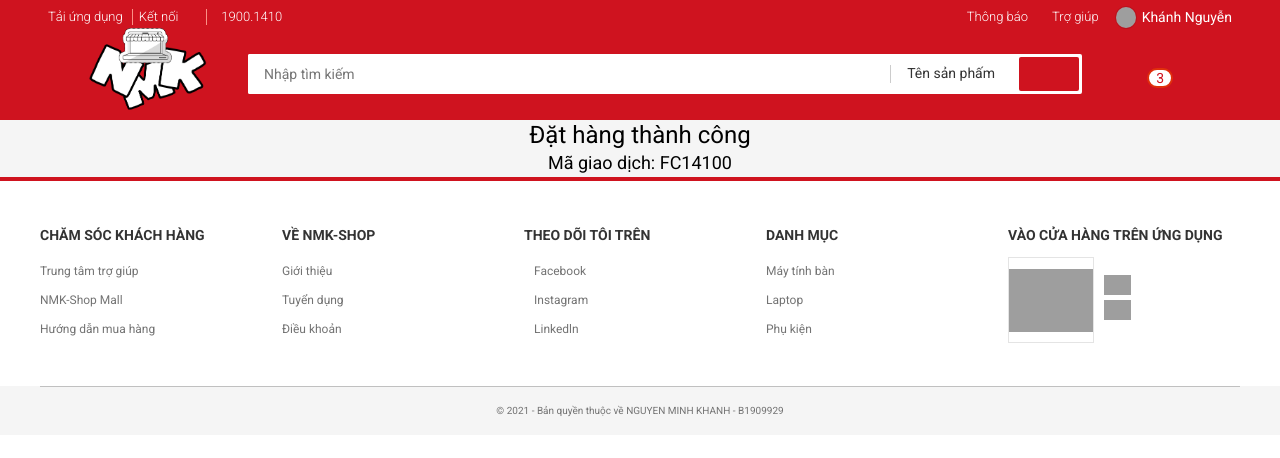
Repository: NguyenMinhKhanhB1909929/NMK-Shop
Page: orderedSuccess.html
These files come from the project's save history. The page is drawn as it stood at one moment and after the next save; the edit follows.
The browser window is 1280 px wide. The pictures show the whole page.
Pictures or frames that could not be fetched are drawn as grey boxes. Some icons come from a web library that is not loaded, so they are not drawn.

Above is the page before, as saved 2021-12-04 15:51:18.
Console error: TypeError: Cannot set properties of null (setting 'onclick')

After the next save:
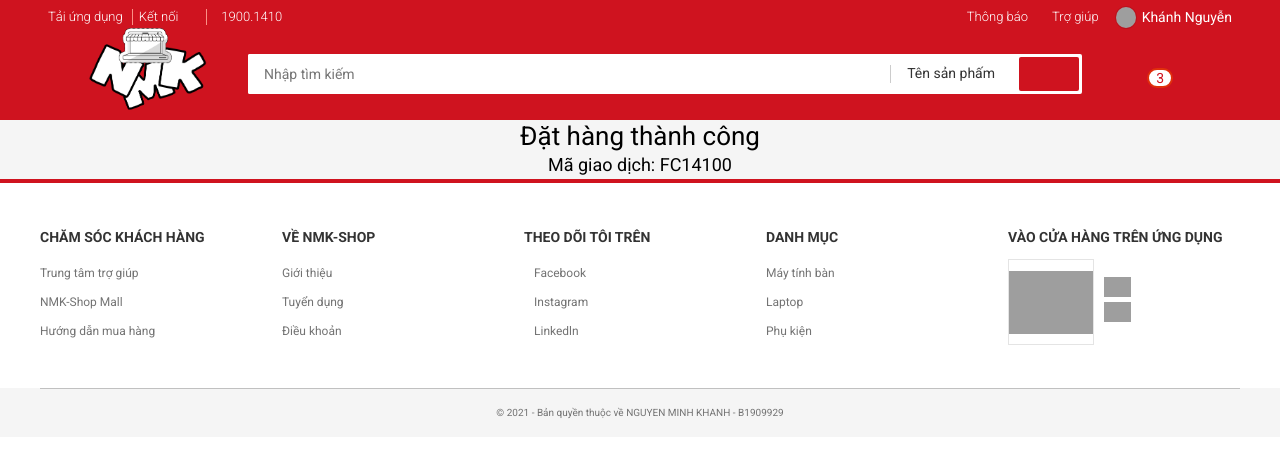
Saved 7 s later.
--- a/assets/css/orderSuccess.css
+++ b/assets/css/orderSuccess.css
@@ -9,8 +9,8 @@
   z-index: 100;
 }
 .ordered__success-titile {
-  font-size: 2.4rem;
-  line-height: 3rem;
+  font-size: 2.6rem;
+  line-height: 3.2rem;
 }
 .ordered__success-id {
   font-size: 1.8rem;
